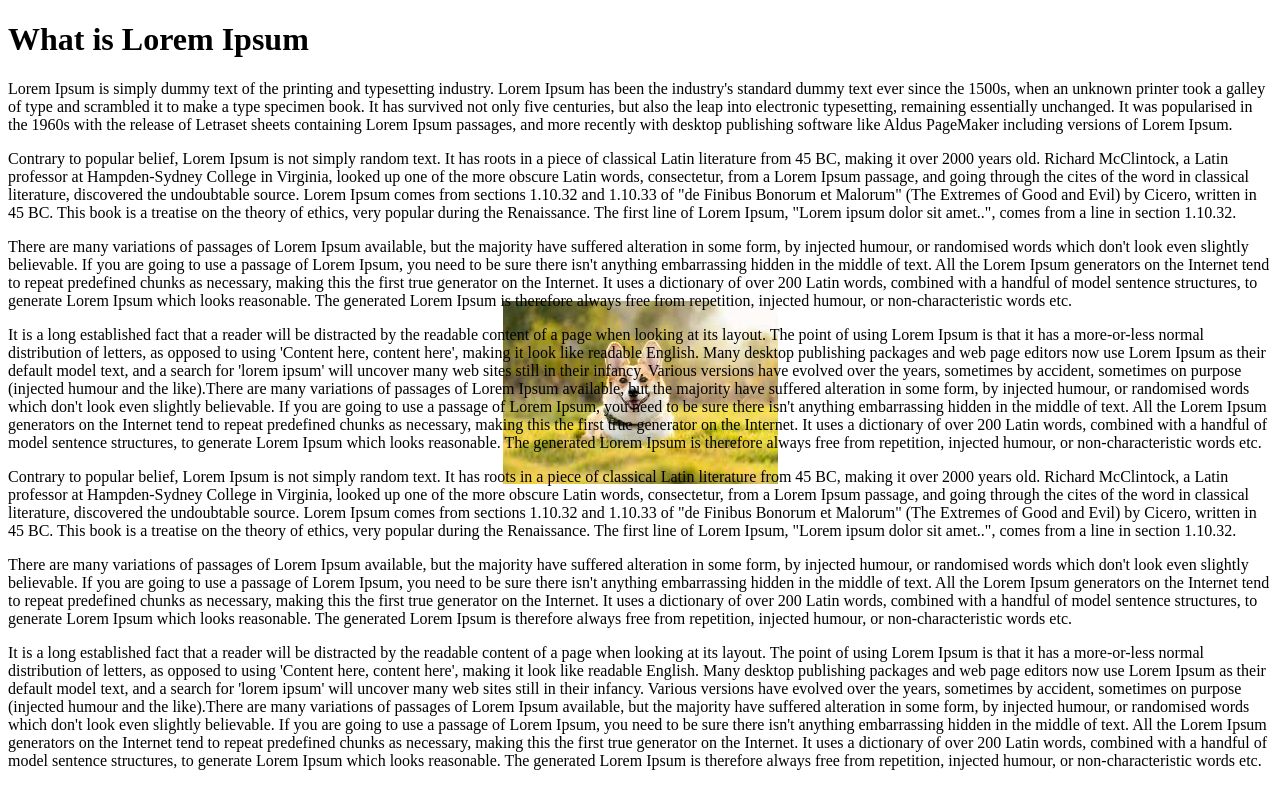
Repository: skybluelion/KB
Page: KB/work05_front/front02_css3/src/main/webapp/css06_background.html
These files come from the project's save history. The page is drawn as it stood at one moment and after the next save; the edit follows.
The browser window is 1280 px wide. The pictures show the whole page.

Above is the page before, as saved 2023-04-10 02:26:19.

After the next save:
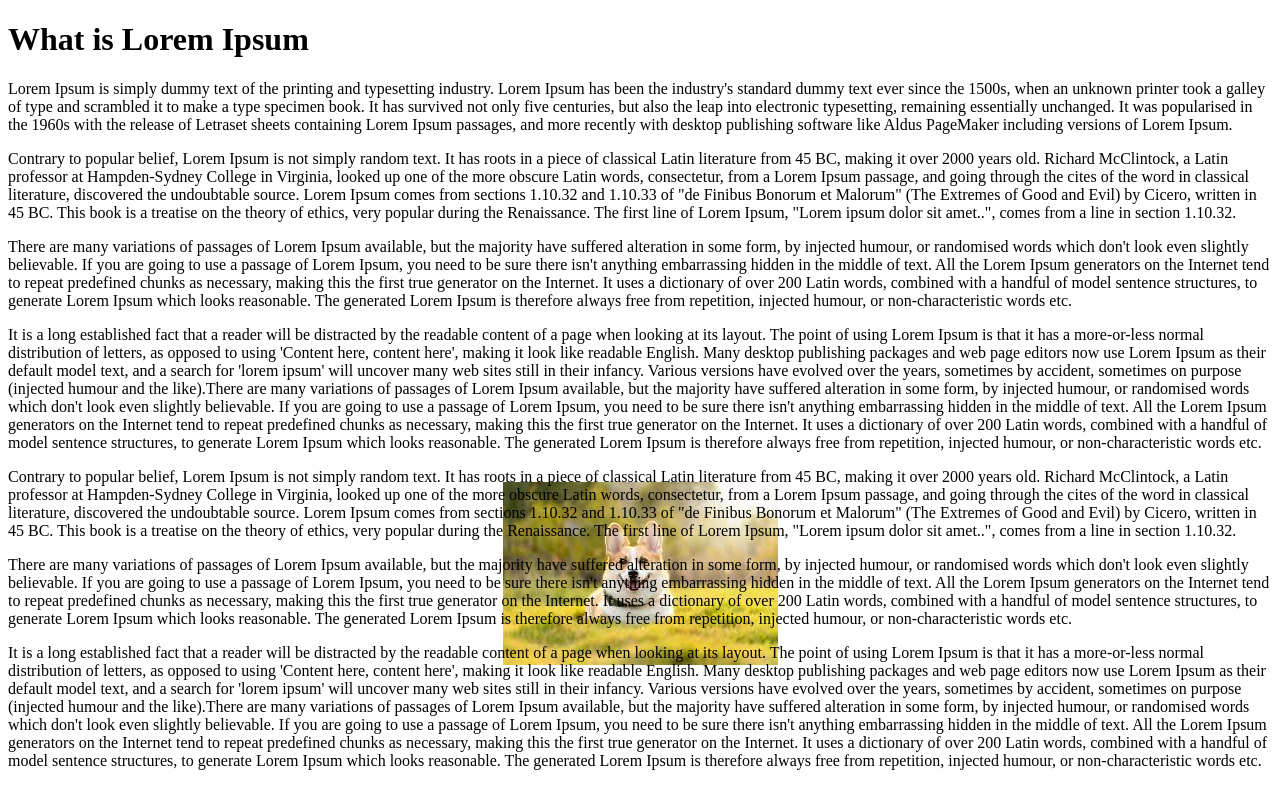
Saved 2 min 7 s later.
--- a/KB/work05_front/front02_css3/src/main/webapp/css06_background.html
+++ b/KB/work05_front/front02_css3/src/main/webapp/css06_background.html
@@ -7,7 +7,8 @@
 	body{
 		background-image: url("./img/1.jpg");
 		background-repeat: no-repeat; /* 좌상단이 기본 position */
-		background-position: center;
+/* 		background-position: center bottom; */
+		background-position: 50% 80%;
 	}
 </style>
 </head>
